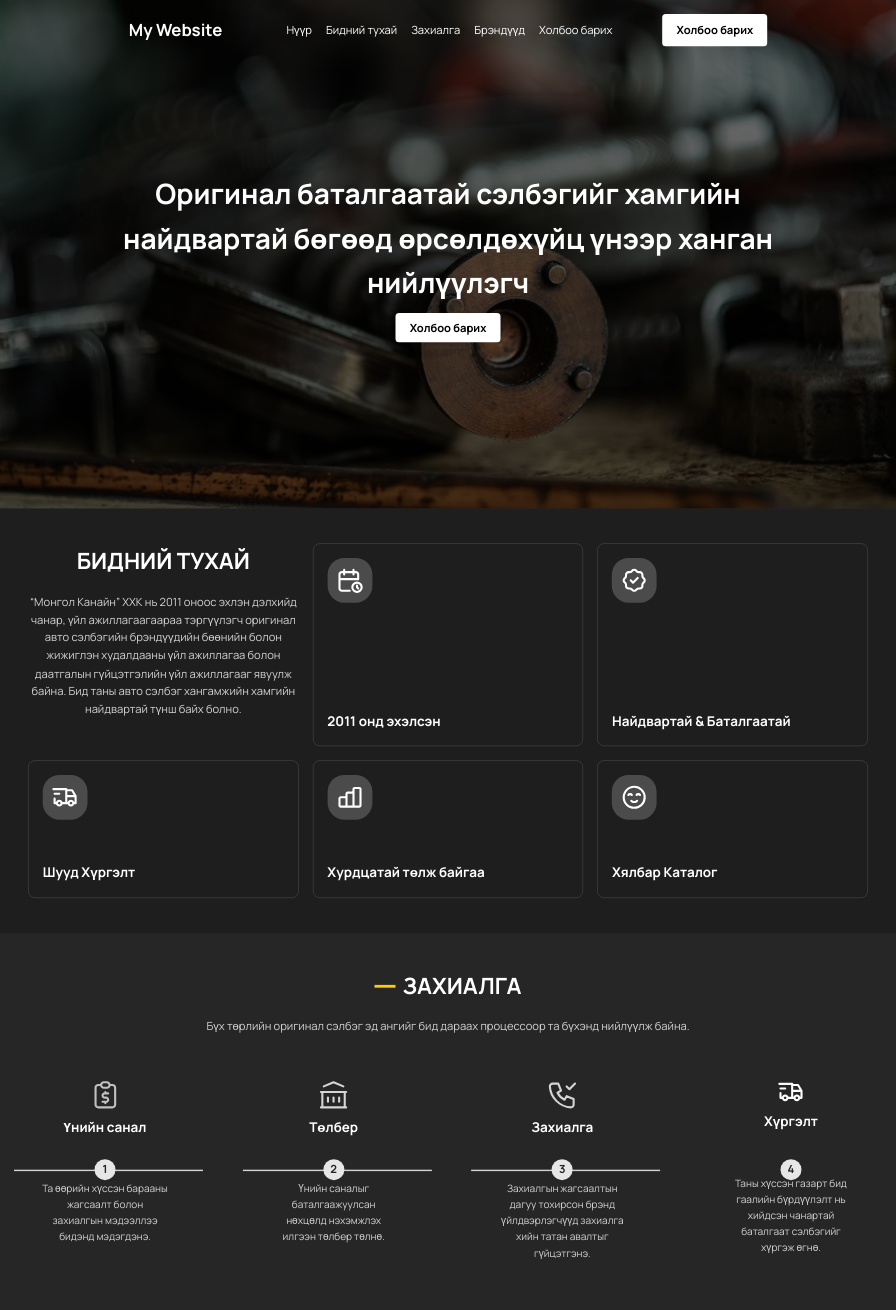
Repository: temuujinnn/mongol_kanain
Page: index.html
The author's editor kept a copy of each file at every save. The page is drawn from the files as they stood at one save, then again after the next save.
The browser window is 1280 px wide. The pictures show the whole page, at 70% of full size.

Above is the page before, as saved 2024-08-22 18:28:35.

### index.html
<!DOCTYPE html>
<html lang="mn">

<head>
    <meta charset="UTF-8">
    <meta name="viewport" content="width=device-width, initial-scale=1.0">
    <title>My Custom Website</title>
    <link rel="stylesheet" href="style.css">
    <!-- Google Fonts Link -->
    <link href="https://fonts.googleapis.com/css2?family=Manrope:wght@400;700&display=swap" rel="stylesheet">
</head>

<body>
    <!-- Header Section -->
    <header>
        <div class="container">
            <div class="logo">
                <h1>My Website</h1>
            </div>
            <nav>
                <ul>
                    <li><a href="#home">Нүүр</a></li>
                    <li><a href="#about">Бидний тухай</a></li>
                    <li><a href="#order">Захиалга</a></li>
                    <li><a href="#brands">Брэндүүд</a></li>
                    <li><a href="#contact">Холбоо барих</a></li>
                </ul>
            </nav>
            <a href="#contact" class="contact-btn">Холбоо барих</a>
        </div>
    </header>

    <!-- Hero Section -->
    <section id="hero">
        <div class="overlay"></div>
        <div class="hero-content">
            <h1>Оригинал баталгаатай сэлбэгийг хамгийн найдвартай бөгөөд өрсөлдөхүйц үнээр ханган нийлүүлэгч</h1>
            <a href="#contact" class="button">Холбоо барих</a>
        </div>
    </section>

    <!-- The rest of your content -->
    <section id="about">
        <div class="container">

            <div class="about-grid">
                <div>
                    <h2>БИДНИЙ ТУХАЙ</h2>
                    <p class="description">“Монгол Канайн” ХХК нь 2011 оноос эхлэн дэлхийд чанар, үйл ажиллагаагаараа
                        тэргүүлэгч
                        оригинал авто сэлбэгийн брэндүүдийн бөөнийн болон жижиглэн худалдааны үйл ажиллагаа болон
                        даатгалын
                        гүйцэтгэлийн үйл ажиллагааг явуулж байна. Бид таны авто сэлбэг хангамжийн хамгийн найдвартай
                        түнш
                        байх
                        болно.</p>
                </div>

                <div class="about-card">
                    <div class="icon">
                        <img src="./icons/calendar-time.svg" alt="Calendar Icon">
                    </div>
                    <div style="height: 40px;"></div>
                    <div class="text">2011 онд эхэлсэн</div>
                </div>
                <div class="about-card">
                    <div class="icon">
                        <img src="./icons/discount-check.svg" alt="Calendar Icon">
                    </div>
                    <div style="height: 40px;"></div>
                    <div class="text">Найдвартай & Баталгаатай</div>
                </div>
                <div class="about-card">
                    <div class="icon">
                        <img src="./icons/truck-delivery.svg" alt="Calendar Icon">
                    </div>
                    <div style="height: 40px;"></div>
                    <div class="text">Шууд Хүргэлт</div>
                </div>
                <div class="about-card">
                    <div class="icon">
                        <img src="./icons/chart-bar.svg" alt="Calendar Icon">
                    </div>
                    <div style="height: 40px;"></div>
                    <div class="text">Хурдцатай төлж байгаа</div>
                </div>
                <div class="about-card">
                    <div class="icon">
                        <img src="./icons/mood-smile-beam.svg" alt="Calendar Icon">
                    </div>
                    <div style="height: 40px;"></div>
                    <div class="text">Хялбар Каталог</div>
                </div>
            </div>
        </div>
    </section>
    <section id="order-process">
        <div class="container">
            <h2>ЗАХИАЛГА</h2>
            <p class="description">Бүх төрлийн оригинал сэлбэг эд ангийг бид дараах процессоор та бүхэнд нийлүүлж байна.
            </p>
            <div class="steps">
                <div class="step">
                    <div class="stepicon">
                        <img src="./icons/report-money.svg" alt="Calendar Icon">
                    </div>
                    <div class="step-number">1</div>
                    <h3>Үнийн санал</h3>
                    <p>Та өөрийн хүссэн барааны жагсаалт болон захиалгын мэдээллээ бидэнд мэдэгдэнэ.</p>
                </div>
                <div class="step">
                    <div class="stepicon">
                        <img src="./icons/building-bank.svg" alt="Calendar Icon">
                    </div>
                    <div class="step-number">2</div>
                    <h3>Төлбер</h3>
                    <p>Үнийн саналыг баталгаажуулсан нөхцөлд нэхэмжлэх илгээн төлбер төлнө.</p>
                </div>
                <div class="step">
                    <div class="stepicon">
                        <img src="./icons/phone-check.svg" alt="Calendar Icon">
                    </div>
                    <div class="step-number">3</div>
                    <h3>Захиалга</h3>
                    <p>Захиалгын жагсаалтын дагуу тохирсон брэнд үйлдвэрлэгчүүд захиалга хийн татан авалтыг гүйцэтгэнэ.
                    </p>
                </div>
                <div class="step">
                    <div class="stepicon">
                        <img src="./icons/truck-delivery.svg" alt="Calendar Icon">
                    </div>
                    <div class="step-number">4</div>
                    <h3>Хүргэлт</h3>
                    <p>Таны хүссэн газарт бид гаалийн бүрдүүлэлт нь хийдсэн чанартай баталгаат сэлбэгийг хүргэж өгнө.
                    </p>
                </div>
            </div>
        </div>
    </section>
</body>

</html>

### style.css
/* Basic Reset */
* {
    margin: 0;
    padding: 0;
    box-sizing: border-box;
}

body {
    font-family: 'Manrope', sans-serif;
    color: white;
    background-color: #1e1e1e;
    line-height: 1.6;
}

/* Header */
header {

    /* Semi-transparent background */
    padding: 20px 0;
    position: absolute;
    /* Ensure the header is not fixed */
    width: 100%;
    z-index: 1000;
    /* Keep the header on top of other content */
}

header .container {
    display: flex;
    padding-left: 144px;
    padding-right: 144px;
    justify-content: space-between;
    align-items: center;
}

header .logo h1 {
    color: #fff;
    font-size: 1.5rem;
    margin: 0;
}

header nav ul {
    list-style: none;
    display: flex;
    margin: 0;
    padding: 0;
}

header nav ul li {
    margin-left: 20px;
}

header nav ul li a {
    color: #fff;
    text-decoration: none;
    font-size: 1rem;
}

header nav ul li a:hover {
    color: #ffcc00;
}

header .contact-btn {
    background-color: #fff;
    color: #000;
    padding: 10px 20px;
    text-decoration: none;
    border-radius: 5px;
    font-weight: bold;
}

header .contact-btn:hover {
    background-color: #e6e6e6;
}

/* Hero Section */
#hero {
    position: relative;
    background: url('./images/m.png') no-repeat center center/cover;
    height: 726px;
    display: flex;
    justify-content: center;
    align-items: center;
    text-align: center;
    color: #fff;
}

#hero .overlay {
    position: absolute;
    top: 0;
    left: 0;
    right: 0;
    bottom: 0;
    background: rgba(0, 0, 0, 0.5);
    /* Dark overlay */
}

.hero-content {
    z-index: 1;
    max-width: 80%;
}

.hero-content h1 {
    font-size: 2.5rem;
    margin-bottom: 20px;
}

.hero-content .button {
    padding: 10px 20px;
    background: #fff;
    color: #000;
    text-decoration: none;
    border-radius: 5px;
    font-weight: bold;
    transition: background-color 0.3s ease;
}

.hero-content .button:hover {
    background-color: #e6e6e6;
}

#about {
    padding: 50px 20px;
    background-color: #1e1e1e;
}

.container {
    max-width: 1200px;
    margin: 0 auto;
}

#about h2 {
    font-size: 32px;
    margin-bottom: 20px;
    color: #fff;
    font-weight: 700;
}

.description {

    font-size: 12px;
    font-style: normal;
    font-weight: 400;
}

.about-grid {
    display: grid;
    grid-template-columns: repeat(3, 1fr);
    gap: 20px;
    height: 100%;
}

.about-card {
    background-color: #1e1e1e;
    padding: 20px;
    border-radius: 10px;
    display: flex;
    flex-direction: column;
    justify-content: space-between;
    align-items: start;

    border: 1px solid #444;
    transition: transform 0.3s ease, border-color 0.3s ease;
}

.about-card:hover {
    transform: translateY(-5px);
    border-color: #ffcc00;
}

.icon {

    display: flex;
    justify-content: center;
    align-items: center;
    background-color: #4b4b4b;
    width: 64px;
    height: 64px;
    padding: 12px;
    border-radius: 24px;

}



.text {
    font-size: 1.2rem;
    color: #fff;
    font-weight: 700;
}

.text br {
    display: none;
}

@media (min-width: 768px) {
    .text br {
        display: inline;
    }
}

/* Adjusting body padding to avoid header overlay */
#order-process {
    padding: 50px 20px;
    background-color: #262626;
}

.container {
    max-width: 1200px;
    margin: 0 auto;
    text-align: center;
}

#order-process h2 {
    font-size: 2rem;
    margin-bottom: 20px;
    color: #fff;
    position: relative;
    display: inline-block;
    padding-left: 40px;
}

#order-process h2::before {
    content: '';
    position: absolute;
    left: 0;
    top: 50%;
    transform: translateY(-50%);
    width: 30px;
    height: 4px;
    background-color: #ffcc00;
    /* Yellow color */
}

.description {
    font-size: 1rem;
    margin-bottom: 40px;
    color: #d3d3d3;
}

.steps {
    display: flex;
    justify-content: space-between;
    flex-wrap: wrap;
    position: relative;
}

.step {
    flex: 1;
    padding: 20px;
    max-width: 220px;
    position: relative;
    /* Ensure step number stays relative to its parent */
    text-align: center;
}

.step::after {
    content: '';
    position: absolute;
    top: 50%;
    left: -20px;
    /* right: -0px; */
    /* Adjust depending on spacing between steps */
    width: calc(100% + 50px);
    /* Extend to next step */
    height: 2px;
    background-color: #d3d3d3;
    z-index: 0;
}

.step:last-child::after {
    display: none;
    /* Remove the line after the last step */
}

.icon {
    margin-bottom: 20px;
    position: relative;
}

.step-number {
    position: absolute;
    top: 50%;
    /* Aligns with the line */
    left: 50%;
    transform: translate(-50%, -50%);
    background-color: #e6e6e6;
    color: #262626;
    font-weight: bold;
    border-radius: 50%;
    width: 30px;
    height: 30px;
    display: flex;
    align-items: center;
    justify-content: center;
    font-size: 1rem;
    z-index: 1;
    /* Ensures step number stays on top */
}

.step h3 {
    font-size: 1.2rem;
    margin-bottom: 20px;
    color: #fff;
}

.step p {
    margin-top: 60px;
    font-size: 0.9rem;
    color: #d3d3d3;
}

@media (max-width: 768px) {
    .steps {
        flex-direction: column;
        align-items: center;
    }

    .step {
        max-width: 100%;
        margin-bottom: 20px;
    }

    .step::after {
        display: none;
        /* Remove the lines for mobile view */
    }
}

After the next save:
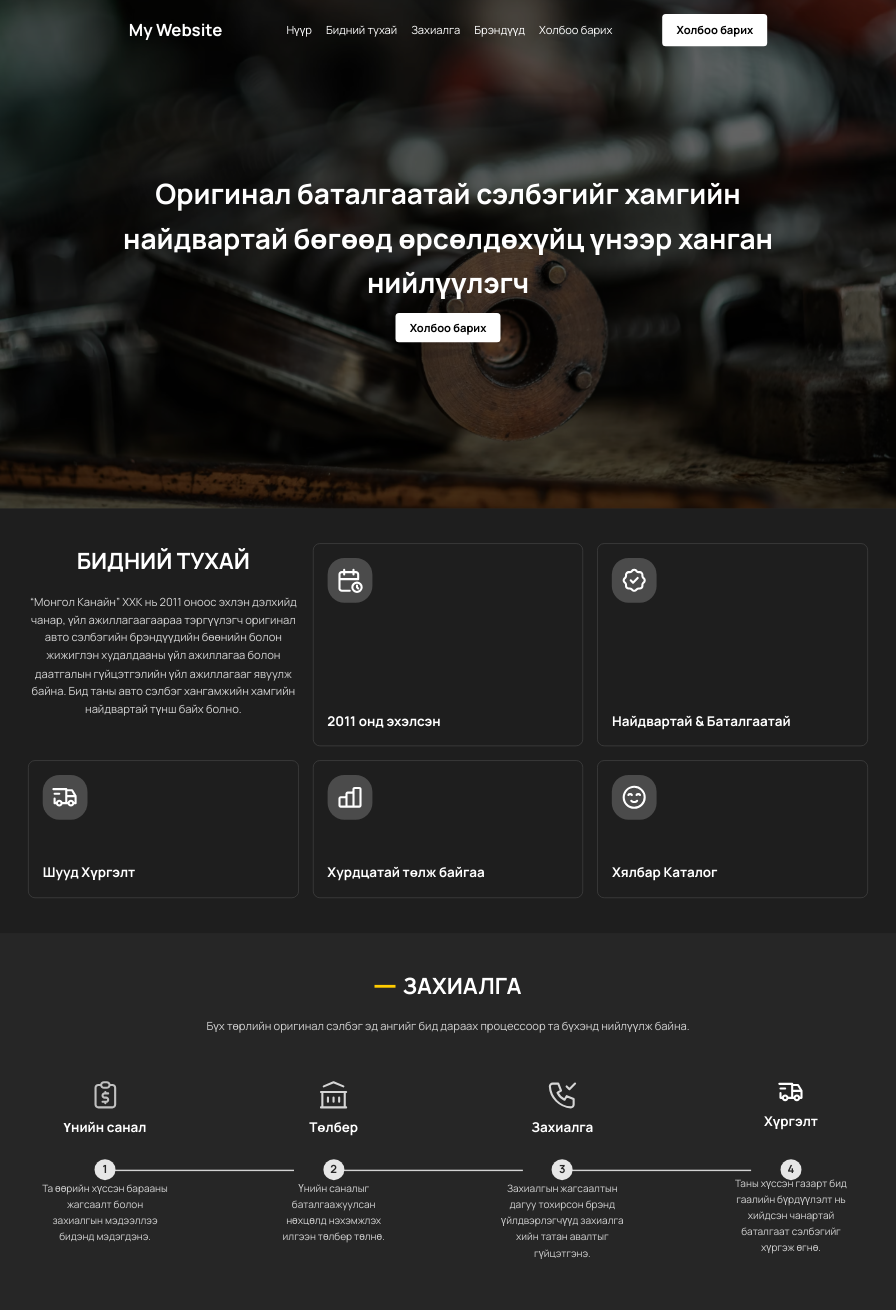
Saved 4 s later.
--- a/style.css
+++ b/style.css
@@ -257,7 +257,7 @@
     content: '';
     position: absolute;
     top: 50%;
-    left: -20px;
+    /* left: -20px; */
     /* right: -0px; */
     /* Adjust depending on spacing between steps */
     width: calc(100% + 50px);
